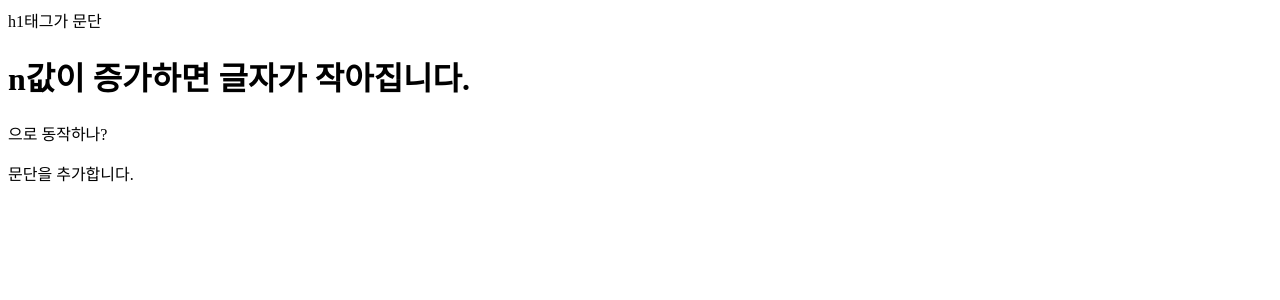
Repository: logicallaw/internet_programming
Page: T01/public/hello.html
These files come from the project's save history. The page is drawn as it stood at one moment and after the next save; the edit follows.
The browser window is 1280 px wide. The pictures show the whole page.

Above is the page before, as saved 2025-03-11 10:21:51.

### T01/public/hello.html
<!DOCTYPE html>
<html>
<head>
<meta charset="UTF-8">
<title>첫 페이지</title>
</head>
<body>
h1태그가 문단<h1>n값이 증가하면 글자가 작아집니다.</h1>으로 동작하나?
<p>
문단을 추가합니다.



</p>
</body>
</html>

After the next save:
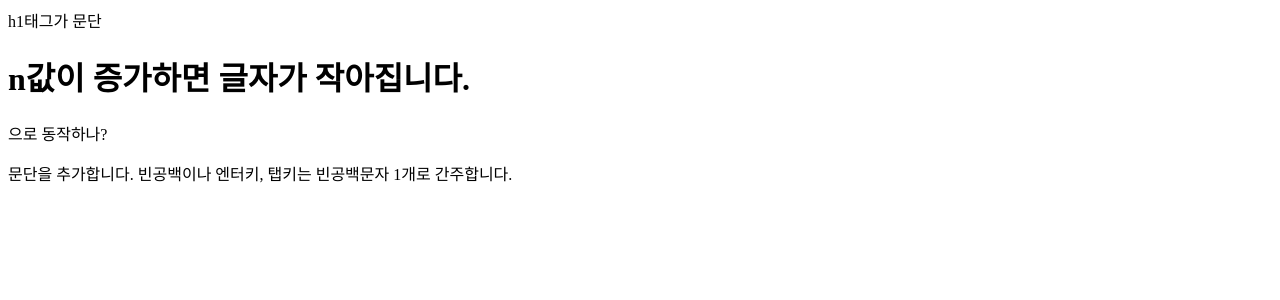
Saved 23 s later.
--- a/T01/public/hello.html
+++ b/T01/public/hello.html
@@ -11,6 +11,8 @@ h1태그가 문단<h1>n값이 증가하면 글자가 작아집니다.</h1>으로
 
 
 
+
+빈공백이나 엔터키, 탭키는 빈공백문자 1개로 간주합니다.
 </p>
 </body>
 </html>
